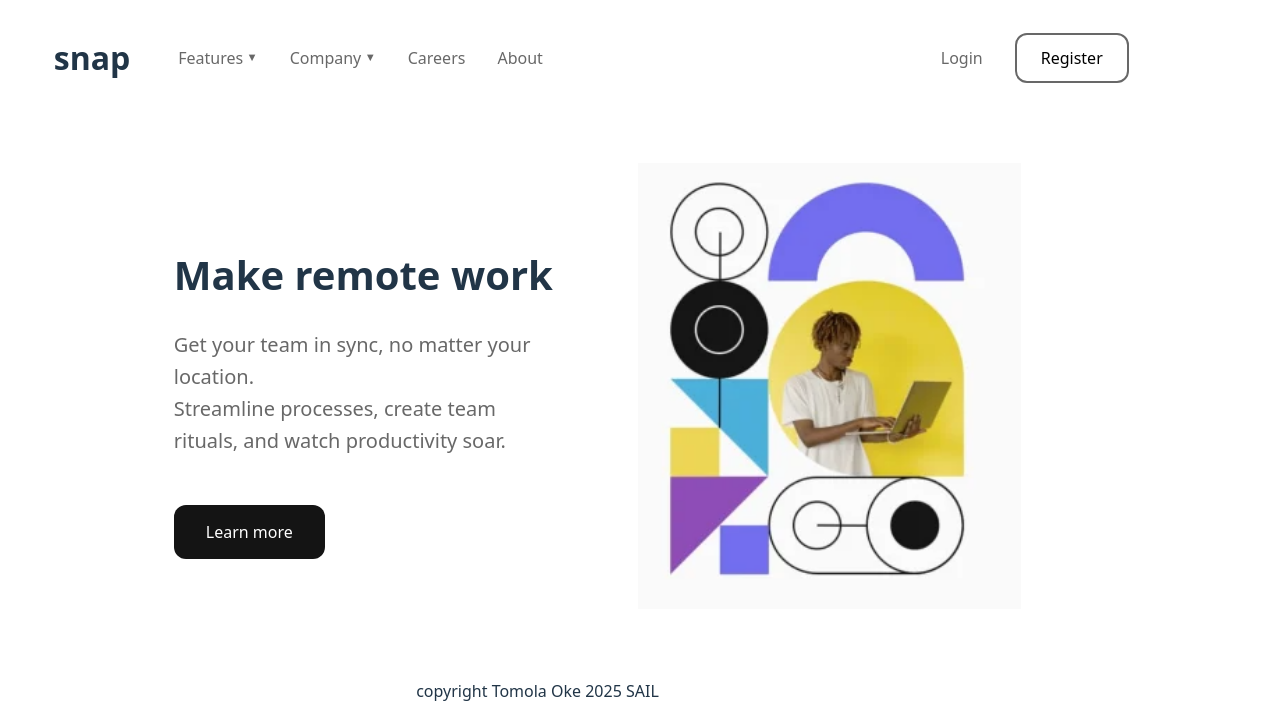
Repository: tomolaoke/SNAP
Page: /
An editor plug-in stored every save of this project. The page is shown before and after the next save, followed by the edit.
The browser window is 1280 px wide. The pictures show the whole page.
The project was rebuilt for these pictures with package versions that can differ from the ones it lists, and the page was loaded fresh each time. Also part of the build but not shown: vite.config.js, src/components/footer/Footer.css.

Above is the page before, as saved 2025-06-21 22:00:46.

After the next save:
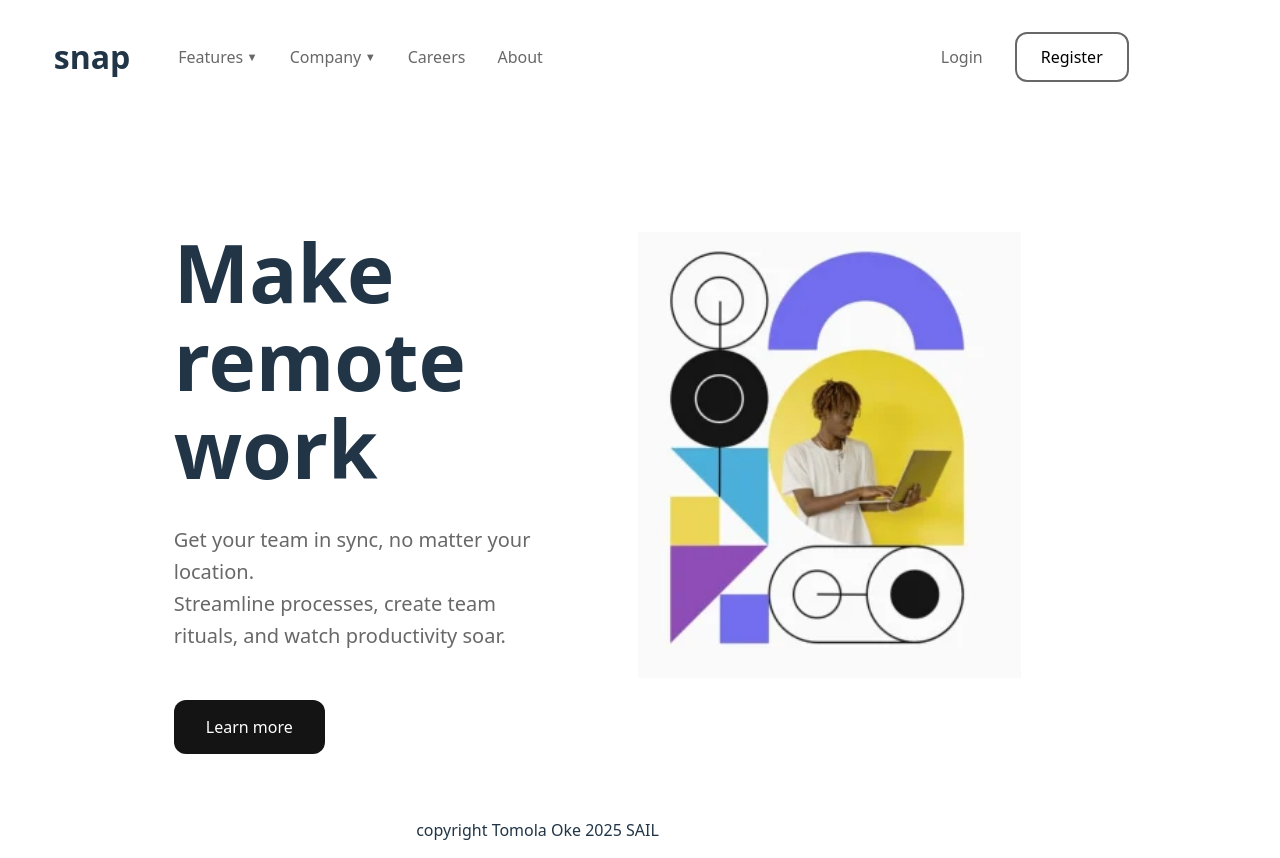
Saved 17 s later.
--- a/src/block/heroblock/HeroBlock.css
+++ b/src/block/heroblock/HeroBlock.css
@@ -11,7 +11,7 @@
 }
 
 .hero-text h1 {
-  font-size: 40px;
+  font-size: 80px;
   line-height: 1.1;
   margin-bottom: 2rem;
 }
